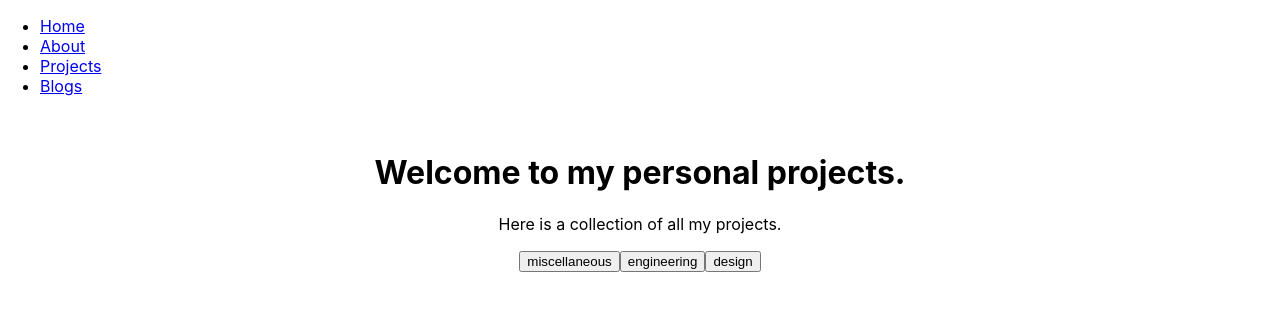
Repository: nicholaschen09/personalWebsite
Page: /projects
An editor plug-in stored every save of this project. The page is shown before and after the next save, followed by the edit.
The browser window is 1280 px wide. The pictures show the whole page.
The project was rebuilt for these pictures with package versions that can differ from the ones it lists, and the page was loaded fresh each time. Also part of the build but not shown: src/components/About.css, src/components/About.js, src/components/Home.css, src/components/Home.js, src/components/Blog.css, src/components/Blog.js, src/components/Miscellaneous.css, src/components/Miscellaneous.js.

Above is the page before, as saved 2024-05-23 00:41:15.

### src/App.js
import React from 'react';
import { BrowserRouter as Router, Route, Routes, Link } from 'react-router-dom';
import About from './components/About.js';
import Home from './components/Home.js';
import Projects from './components/Projects.js';
import Blog from './components/Blog.js';
import Miscellaneous from './components/Miscellaneous.js';

function App() {
  return (
    <Router>
      <div>
        <nav>
          <ul>
            <li>
              <Link to="/">Home</Link>
            </li>
            <li>
              <Link to="/about">About</Link>
            </li>
            <li>
              <Link to="/projects">Projects</Link>
            </li>
            <li>
              <Link to="/blogs">Blogs</Link>
            </li>
          </ul>
        </nav>

        <Routes>
          <Route path="/about" element={<About />} />
          <Route path="/" element={<Home />} />
          <Route path="/projects" element={<Projects />} />
          <Route path="/blogs" element={<Blog />} />
          <Route path="/projects/miscellaneous" element={<Miscellaneous />} />
        </Routes>
      </div>
    </Router>
  );
}

export default App;

### src/components/Projects.js
import React from 'react';
import { Link } from 'react-router-dom';
import './Projects.css';

const Projects = () => {
    return (
        <div className="projects">
            <h1>Welcome to my personal projects. </h1>
            <p>Here is a collection of all my projects.</p>

            <Link to ="/projects/miscellaneous"><button>miscellaneous</button></Link>

            <button>engineering</button>

            <button>design</button>

        </div>
    );
};

export default Projects;

### src/components/Projects.css
/* src/components//Home.css */
.projects {
    text-align: center;
    padding: 20px;
}

Loaded but not shown: public/index.html (common file); src/index.js (common file); src/index.css (common file); src/reportWebVitals.js (common file)

After the next save:
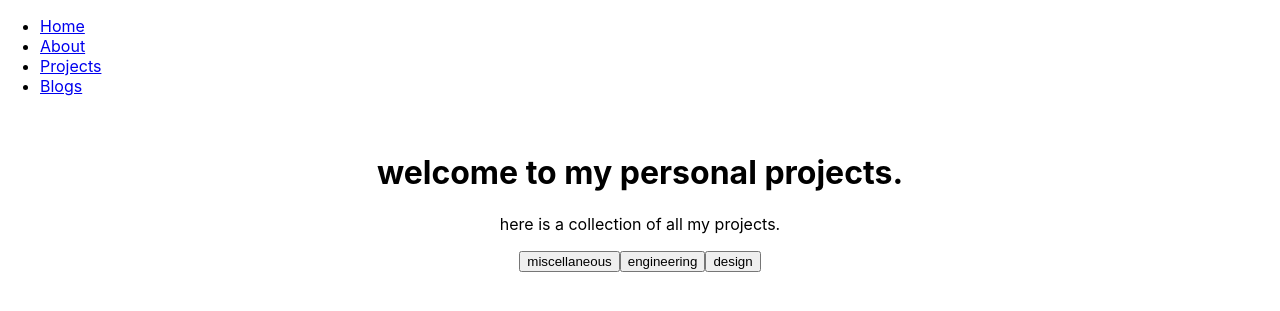
Saved 11 s later.
--- a/src/components/Projects.js
+++ b/src/components/Projects.js
@@ -5,8 +5,8 @@ import './Projects.css';
 const Projects = () => {
     return (
         <div className="projects">
-            <h1>Welcome to my personal projects. </h1>
-            <p>Here is a collection of all my projects.</p>
+            <h1>welcome to my personal projects. </h1>
+            <p>here is a collection of all my projects.</p>
 
             <Link to ="/projects/miscellaneous"><button>miscellaneous</button></Link>
 
